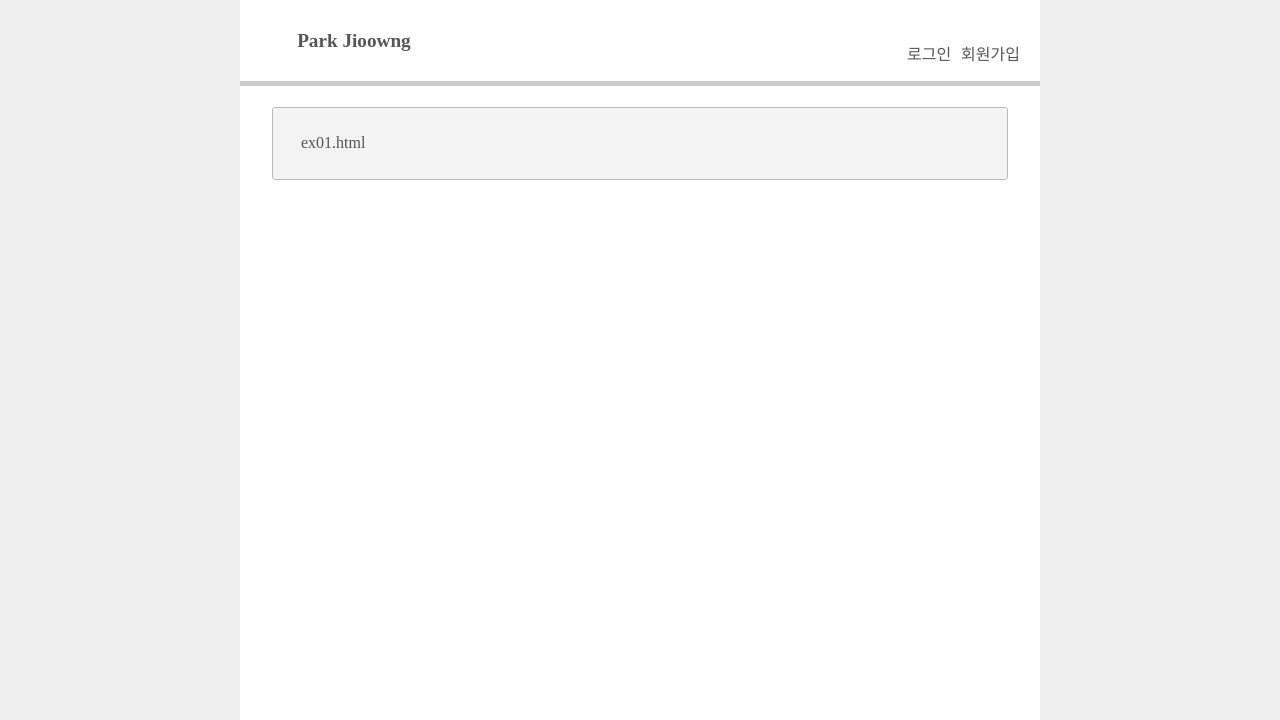
Repository: park-jiwoong/webClass
Page: JSPClass/jspPro/src/main/webapp/days01/ex01.html
The author's editor kept a copy of each file at every save. The page is drawn from the files as they stood at one save, then again after the next save.
The browser window is 1280 px wide. The pictures show the whole page.
Some web fonts or font styles are not loaded; a fallback is used.

Above is the page before, as saved 2025-05-21 01:23:40.

### JSPClass/jspPro/src/main/webapp/days01/ex01.html
<!DOCTYPE html>
<html>
<head>
<meta charset="UTF-8">
<meta name="viewport" content="width=device-width, initial-scale=1.0">
<title>2025. 5. 21. 오전 9:51:45</title>
<link rel="shortcut icon" type="image/x-icon" href="/jspPro/images/SiSt.ico">
<link rel="stylesheet" href="/jspPro/resources/cdn-main/example.css">
<script src="/jspPro/resources/cdn-main/example.js"></script>
<style>
 span.material-symbols-outlined{
    vertical-align: text-bottom;
 }
</style>
</head>
<body>
<header>
  <h1 class="main"><a href="#" style="position: absolute;top:30px;">Park Jioowng</a></h1>
  <ul>
    <li><a href="#">로그인</a></li>
    <li><a href="#">회원가입</a></li>
  </ul>
</header>
<div>
  <xmp class="code">
   ex01.html
  </xmp>
</div>
</body>
</html>

### JSPClass/jspPro/src/main/webapp/resources/cdn-main/example.css
@charset "UTF-8";

@import url('https://fonts.googleapis.com/css2?family=Material+Symbols+Outlined:opsz,wght,FILL,GRAD@20..48,100..700,0..1,-50..200');

@font-face {
    font-family: 'GmarketSansMedium';
    src: url('https://cdn.jsdelivr.net/gh/projectnoonnu/noonfonts_2001@1.1/GmarketSansMedium.woff') format('woff');
    font-weight: normal;
    font-style: normal;
}

:root {
	--text-color: #555;
	--sub-text-color: #777;
	--back-color: #EFEFEF;
	--header-color: #444;
	--primary-color: #DEDEDE;
	--secondary-color: #EFEFEF;
	--default-width: 800px;
	--narrow-width: 500px;
	--wide-width: 1200px;
	--text-font: 'GmarketSansMedium';
	--icon-font: 'Material Symbols Outlined';
	--border-color: #CCC;
}

html, body {
	margin: 0;
	padding: 0;
}

html {
	background-color: var(--back-color);
	display: flex;
	justify-content: center;
	min-height: 100vh;
}

body, body.default {
	width: var(--default-width);
	background-color: white;
	padding-bottom: 120px;
}

body.wide {
	width: var(--wide-width);
}

body.narrow {
	width: var(--narrow-width);
}



body, p, div, span, a, input, select, option, textarea, button, table, th, td, label, fieldset, legend {
	font-family: var(--text-font);
	color: var(--text-color);
}

h1, h2, h3 {
	font-family: var(--text-font);
	color: var(--header-color);
	padding: 0 1rem;
	padding-top: .5rem;
}

div > h1, div > h2, div > h3 {
	padding: 0;
}

body > div, body > main > div {
	padding: 0.3rem 1rem;
}


h1 { font-size: 2rem; border-bottom: 1px solid var(--border-color); }
h1 small { font-size: 1.2rem; color: var(--sub-text-color); }
h2 { font-size: 1.5rem; border-bottom: 1px dashed var(--border-color); }
h2 small { font-size: 1.1rem; color: --sub-text-color; }
h3 { font-size: 1.2rem; }
h3 small { font-size: 1rem; color: --sub-text-color; }



h1.main::before {
	font-family: var(--icon-font);
  	content: '\e666';
  	margin-right: 10px;
  	float: left;
	font-size: 2.5rem;
}

h1.sub::before {
	font-family: var(--icon-font);
  	content: '\ea19';
  	margin-right: 10px;
  	float: left;
	font-size: 2.5rem;
}


h1.page::before {
	font-family: var(--icon-font);
  	content: '\e0e0';
  	margin-right: 10px;
  	float: left;
	font-size: 2.5rem;
}

body > header > ul > li > .active{
	background-color: #FFF;
	color:#F00;
}

body > header {
	display: flex;
	justify-content: space-between;
	border-bottom: 5px solid var(--border-color);
	min-height: 74px;
	background-color: #FFF;
}

body > header.sticky {
	position: sticky;
	top: 0;
	z-index: 98;
}

body > header > h1 {
	font-size: 1.2rem;
	border: 0;
}

body > header.in > h1::before {
	font-family: var(--icon-font);
  	content: '\e332‥';
  	margin-right: 3px;
  	float: left;
	font-size: 2rem;
}


body > header > ul {
	list-style-type: none;
	display: flex;
	align-items: flex-end;
	margin-right: 10px;
}

body > header > ul > li {
	margin-right: 10px;
	cursor: pointer;
}

body > header > ul > li > a {
	cursor: pointer;
}


form {
	display: block;
}

form > div {
	padding: 0.3rem 1rem;
}

div > form > div {
	padding: 0.3rem 0;
}

input, textarea, button, select {
	border: 1px solid #BBB;
	border-radius: 3px;
	outline: none;
	resize: none;
	padding: 7px;
	margin: 0;
}

input[type=text]:read-only, textarea:read-only {
	cursor: not-allowed;
	background-color: #FFF;
}

input[type=text]:disabled, textarea:disabled {
	cursor: not-allowed;
	background-color: #EEE;
}

input[type=text], input[type=password], textarea, button, select {
	/* width: 300px; */
}

textarea {
	display: block;
	height: 100px;
}

input[type=button], input[type=submit], button {
	/* width: inherit; */
}

input.short, textarea.short, button.short, select.short {
	width: 100px;
}

input.long, textarea.long, button.long, select.long {
	width: 350px;
}

.narrow input.long, .narrow textarea.long, .narrow button.long, .narrow select.long {
	width: calc(100% - 20px);
}

input.full, textarea.full, button.full, select.full {
	width: calc(100% - 20px);
}

textarea.short {
	height: 50px;
}

textarea.long {
	height: 100px;
}

textarea.full {
	height: 200px;
}

input, textarea {
	padding-top: 8px;
}

input[type=button], input[type=submit], button {
	padding: 5px 10px;
	background-color: var(--secondary-color);
	cursor: pointer;
	min-height: 36px;
}

input[type=button].primary, input[type=submit].primary, button.primary {
	/* background-color: rgba(100, 149, 237, .2); */
	background-color: var(--primary-color);
}

input[type=button].primary:hover, input[type=submit].primary:hover, button.primary:hover {
	/* background-color: rgba(100, 149, 237, .3); */
	background-color: var(--secondary-color);
}

input[type=button]:hover, input[type=submit]:hover, button:hover {
	background-color: var(--primary-color);
}

button {
	position: relative;
	left: 0;
	top: 0;
	padding-left: 35px;
}

button .material-symbols-outlined {
	position: absolute;
	left: 10px;
	top: 4px;
}

/* k2nik add */
button.login::before {
	font-family: var(--icon-font);
  	content: '\ea77';
	position: absolute;
	left: 11px;
	top: 4px;
	font-size: 1.25rem;
}

/* k2nik logout */
button.logout::before {
	font-family: var(--icon-font);
  	content: '\e9ba';
	position: absolute;
	left: 11px;
	top: 4px;
	font-size: 1.25rem;
}

/* k2nik help */
button.help::before {
	font-family: var(--icon-font);
  	content: '\f1c0';
	position: absolute;
	left: 11px;
	top: 4px;
	font-size: 1.25rem;
}

button.add::before{
	font-family: var(--icon-font);
  	content: '\e746';
	position: absolute;
	left: 11px;
	top: 4px;
	font-size: 1.25rem;
}

button.back::before {
	font-family: var(--icon-font);
  	content: '\e166';
	position: absolute;
	left: 11px;
	top: 4px;
	font-size: 1.25rem;
}

button.list::before {
	font-family: var(--icon-font);
  	content: '\e0ee';
	position: absolute;
	left: 11px;
	top: 4px;
	font-size: 1.25rem;
}


button.del::before {
	font-family: var(--icon-font);
  	content: '\e872';
	position: absolute;
	left: 11px;
	top: 4px;
	font-size: 1.25rem;
}

button.alldel::before {
	font-family: var(--icon-font);
  	content: '\e92b';
	position: absolute;
	left: 11px;
	top: 4px;
	font-size: 1.25rem;
}


button.edit::before {
	font-family: var(--icon-font);
  	content: '\e745';
	position: absolute;
	left: 11px;
	top: 4px;
	font-size: 1.25rem;
}


button.login::before {
	font-family: var(--icon-font);
  	content: '\ea77';
	position: absolute;
	left: 11px;
	top: 4px;
	font-size: 1.25rem;
}


button.logout::before {
	font-family: var(--icon-font);
  	content: '\e9ba';
	position: absolute;
	left: 11px;
	top: 4px;
	font-size: 1.25rem;
}


button.in::before {
	font-family: var(--icon-font);
  	content: '\f71a';
	position: absolute;
	left: 11px;
	top: 4px;
	font-size: 1.25rem;
}


button.out::before {
	font-family: var(--icon-font);
  	content: '\f70e';
	position: absolute;
	left: 11px;
	top: 4px;
	font-size: 1.25rem;
}


button.reply::before {
	font-family: var(--icon-font);
  	content: '\e15e';
	position: absolute;
	left: 11px;
	top: 4px;
	font-size: 1.25rem;
}


button.comment::before {
	font-family: var(--icon-font);
  	content: '\e0b9';
	position: absolute;
	left: 11px;
	top: 4px;
	font-size: 1.25rem;
}


button.modal::before {
	font-family: var(--icon-font);
  	content: '\e89e';
	position: absolute;
	left: 11px;
	top: 4px;
	font-size: 1.25rem;
}


button.ok::before {
	font-family: var(--icon-font);
  	content: '\e86c';
	position: absolute;
	left: 11px;
	top: 4px;
	font-size: 1.25rem;
}


button.cancel::before {
	font-family: var(--icon-font);
  	content: '\e5c9';
	position: absolute;
	left: 11px;
	top: 4px;
	font-size: 1.25rem;
}

button.search::before {
	font-family: var(--icon-font);
  	content: '\e8b6';
	position: absolute;
	left: 11px;
	top: 4px;
	font-size: 1.25rem;
}

button.home::before {
	font-family: var(--icon-font);
  	content: '\e88a';
	position: absolute;
	left: 11px;
	top: 4px;
	font-size: 1.25rem;
}


button.sidebar::before {
	font-family: var(--icon-font);
  	content: '\f7e4';
	position: absolute;
	left: 11px;
	top: 4px;
	font-size: 1.25rem;
}


button.sidebar-right::before {
	font-family: var(--icon-font);
  	content: '\f7e5';
	position: absolute;
	left: 11px;
	top: 4px;
	font-size: 1.25rem;
}




button::before {
	font-family: var(--icon-font);
  	content: '\e323';
	position: absolute;
	left: 11px;
	top: 4px;
	font-size: 1.25rem;
}


table {
	border-collapse: collapse;
	margin: 1rem;
	box-sizing: border-box;
	width: calc(100% - 32px);
}

table.content {
	width: auto;
}

div > table {
	margin: 0;
}

table th, table td {
	border: 1px solid var(--border-color);
	padding: 7px;
	font-weight: normal;
}

table th {
	background-color: var(--back-color);
}

table.vertical th {
	width: 150px;
}

table.vertical td {
	width: calc(100% - 182px);
	padding-left: 10px;
}

table.content td, table.content th {
	width: auto;
}

body.narrow table.vertical th {
	width: 100px;
}

body.narrow table.vertical td {
	width: calc(100% - 182px);
}


table + table {
	margin-top: 30px;
}


p {
	padding: 0 1rem;
}

a {
	text-decoration: none;
}

a:hover {
	color: rgba(255, 99, 71, .7);
}

hr {
	border: 0;
	border-top: 1px solid var(--border-color);
	margin: 2rem 0;
}

.message {
	border: 1px solid var(--border-color);
	background-color: #EFEFEF;
	margin: 1rem;
	width: auto;
	padding-top: 10px;
	padding-bottom: 10px;
	font-size: 14px;
}

.message[title]::before {
	content: attr(title);
	display: block;
	border-bottom: 1px solid var(--border-color);
	padding-bottom: 5px;
	margin-bottom: 10px;
	margin-top: 7px;
}

.message.short {
	max-width: 250px;
}

.message.long {
	max-width: 500px;
}

.badge {
	float: right;
	font-size: .8rem;
	margin-top: 2px;
	margin-right: 2px;
	text-shadow: 0 0 7px gray;
}

.badge.left {
	float: none;
	margin-left: 2px;
}

.badge.right {
	float: right;
}

.badge.red {
	border-radius: 50%;
	padding: 2px 5px;
	background-color: rgb(255, 99, 71, .3);
}

.badge.yellow {

	border-radius: 50%;
	padding: 2px 5px;
	background-color: rgb(255, 215, 0, .5);
}

.badge.blue {
	border-radius: 50%;
	padding: 2px 5px;
	background-color: rgb(100, 149, 237, .3);
}

label + label {
	margin-left: 7px;
}

label input[type=checkbox], label input[type=radio] {
	transform: translate(0, 1px);
}

.group {
	display: flex;
}

.modal-content .group {
	margin-bottom: .5rem;
}

.group label {
	border: 1px solid #BBB;
	border-radius: 3px;
	outline: none;
	resize: none;
	padding: 7px 14px;
	margin: 0;
	border-top-right-radius: 0;
	border-bottom-right-radius: 0;
	background-color: #EFEFEF;
	white-space: nowrap;
	font-size: 14px;
}

.group input[type=text] {
	margin-left: -1px;
	border-top-left-radius: 0;
	border-bottom-left-radius: 0;
}

.group select {
	margin-left: -1px;
	border-top-left-radius: 0;
	border-bottom-left-radius: 0;
}

.group input.full[type=text] {
	margin-left: -1px;
	border-top-left-radius: 0;
	border-bottom-left-radius: 0;
	width: 100%;
}

.group input[type=button]:first-child, .group button:first-child {
	border-top-left-radius: 3px;
	border-bottom-left-radius: 3px;
	margin-left: 0px;
}

.group input[type=button], .group button {
	border-radius: 0;
	margin-left: -1px;
}

.group input[type=button]:last-child, .group button:last-child {
	margin-left: -1px;
	border-top-right-radius: 3px;
	border-bottom-right-radius: 3px;
}

.seperate {
	display: flex;
	justify-content: space-between;
}

div.list {
	width: max-content;
	margin: 1rem;
	border: 1px solid #BBB;
	border-radius: 3px;
	padding: 0;
}

div.list.full {
	width: auto;
	display: block;
	margin: 1rem;
	border: 1px solid #BBB;
	border-radius: 3px;
	padding: 0;
}

div.list > div {
	padding: .5rem 1rem;
	margin: 0;
	border-bottom: 1px solid #BBB;
}

div.list > div:last-child {
	border-bottom: 0;
}

pre.code , xmp.code{
	font-family: consols;
	background-color: rgba(150, 150, 150, .1);
	border: 1px solid #BBB;
	border-radius: 3px;
	padding: .5rem 1rem;
	padding-bottom: .6rem;
	margin: 1rem;
}




*[data-modal-window] {
	position: fixed;
	background-color: rgba(0, 0, 0, .3);
	left: 0;
	top: 0;
	display: none;
	justify-content: center;
	align-items: flex-start;
	width: 100%;
	min-height: 100vh;
	z-index: 100;
	opacity: 0;
	transition: 500ms all;
}

*[data-modal-window] .modal-container {
	border-radius: 5px;
	padding: 1rem;
	padding-bottom: .5rem;
	margin-top: -500px;
	opacity: 0;
	width: 500px;
	background-color: #FFF;
	margin-right: 2rem;
	transition: 500ms all;
}

*[data-modal-size=content] .modal-container {
	width: auto;
}

*[data-modal-size=narrow] .modal-container {
	width: 300px;
}

*[data-modal-size=wide] .modal-container {
	width: 760px;
}


*[data-modal-window] .modal-header {
	border-bottom: 1px solid var(--border-color);
	padding: 2px 5px;
}

*[data-modal-window] .modal-content {
	padding: 1rem 5px;
}

*[data-modal-window] .modal-content div:last-child {
	margin-top: 1rem;
	text-align: right;
}



*[data-sidebar-window] {
	position: fixed;
	background-color: #FFF;
	left: 0;
	top: 0;
	display: block;
	width: 300px;
	border-right: 1px solid var(--border-color);
	box-sizing: border-box;
	box-shadow: 0 0 3px var(--back-color);
	min-height: 100vh;
	z-index: 99;
	transform: translate(-300px, 0);
	transition-duration: 500ms;
	transition-property: transform;
}

*[data-sidebar-direction=right] {
	left: auto;
	right: 0;
	transform: translate(300px, 0);
	border-left: 1px solid var(--border-color);
}

*[data-sidebar-size=wide] {
	width: 500px;
	transform: translate(-500px, 0);
}

*[data-sidebar-window] .sidebar-title {
	border-bottom: 1px solid var(--border-color);
	margin-top: 20px;
	margin-bottom: 20px;
	padding-bottom: 5px;
	display: flex;
	justify-content: space-between;
}

*[data-sidebar-window] .sidebar-title span:last-child {
	cursor: pointer;
}


/* K2Nik pagination */
.center {
  text-align: center;
}

.pagination {
  display: inline-block;
}

.pagination a {
  color: black;
  float: left;
  padding: 3px 6px;
  text-decoration: none;
  transition: background-color .3s;
  border: 1px solid #ddd;
  margin: 0 3px;
}

.pagination a.active {
  background-color: #4CAF50;
  color: white;
  border: 1px solid #4CAF50;
}

.pagination a:hover:not(.active) {background-color: #ddd;}

### JSPClass/jspPro/src/main/webapp/resources/cdn-main/example.js

window.onload = () => {

    const list = document.querySelectorAll('input, textarea');

    list.forEach(item => {
        item.setAttribute('autocomplete', 'off');
    });


    const modal_btn_list = document.querySelectorAll('*[data-modal-button]');

    modal_btn_list.forEach(item => {
        item.onclick = function() {

            const name = this.dataset['modalButton'];
            const modal_window = document.querySelector('*[data-modal-window=' + name);

            const container = document.createElement('div');
            container.className = 'modal-container';



            const modal_header = document.createElement('div');
            modal_header.textContent = modal_window.dataset['modalTitle'];
            modal_header.className = 'modal-header';
            container.appendChild(modal_header);

            const modal_content = document.createElement('div');
            modal_content.className = 'modal-content';
            container.appendChild(modal_content);

            Array.from(modal_window.childNodes).forEach(item => {
                modal_content.appendChild(item);
            });

            modal_window.appendChild(container);

            modal_window.style.display = 'flex';

            setTimeout(() => {
                modal_window.style.opacity = 1;
                container.style.marginTop = '20px';
                container.style.opacity = 1;
            }, 50);


            const modal_ok = document.querySelector('*[data-modal-ok=' + name);
            modal_ok.addEventListener('click', function() {
                modal_window.style.opacity = 0;
                container.style.marginTop = '-500px';
                container.style.opacity = 0;

                setTimeout(() => {
                    modal_window.innerHTML = modal_content.innerHTML;
                    modal_window.style.display = 'none';
                }, 500);

            });

            const modal_cancel = document.querySelector('*[data-modal-cancel=' + name);
            modal_cancel.addEventListener('click', function() {

                modal_window.style.opacity = 0;
                container.style.marginTop = '-500px';
                container.style.opacity = 0;

                setTimeout(() => {
                    modal_window.innerHTML = modal_content.innerHTML;
                    modal_window.style.display = 'none';
                }, 500);
            });


        };
    });


    const sidebar_btn_list = document.querySelectorAll('*[data-sidebar-button]');

    sidebar_btn_list.forEach(item => {
        item.onclick = function() {



            const name = this.dataset['sidebarButton'];
            const sidebar_window = document.querySelector('*[data-sidebar-window=' + name);

            if (sidebar_window.style.transform == 'translate(0px, 0px)') return;



            sidebar_window.style.transform = 'translate(0, 0)';

            const sidebar_title = document.createElement('div');
            sidebar_title.className = 'sidebar-title';
            sidebar_title.innerHTML = '<span>' + sidebar_window.dataset['sidebarTitle'] + '</span><span class="material-symbols-outlined">close</span>';

            sidebar_title.children[1].onclick = function() {

                let sign = 1;
                let distance = 300;

                if (sidebar_window.dataset['sidebarDirection'] != 'right') {
                    sign = -1;
                } else {
                    sign = 1;
                }

                if (sidebar_window.dataset['sidebarSize'] != 'wide') {
                    distance = 300;
                } else {
                    distance = 500;
                }

                distance *= sign;

                sidebar_window.style.transform = 'translate(' + distance + 'px, 0)';

                setTimeout(function() {
                    sidebar_window.removeChild(sidebar_window.children[0]);
                }, 500);
            };


            sidebar_window.prepend(sidebar_title);

        }
    });

};

// window.onkeydown = function(event) {

//     if (event.keyCode == 27) {
//         if (document.querySelector('[data-modal-window').style.display == 'flex') {
//             document.querySelector('[data-modal-window').style.display = 'none';
//         }
//     }

// };

After the next save:
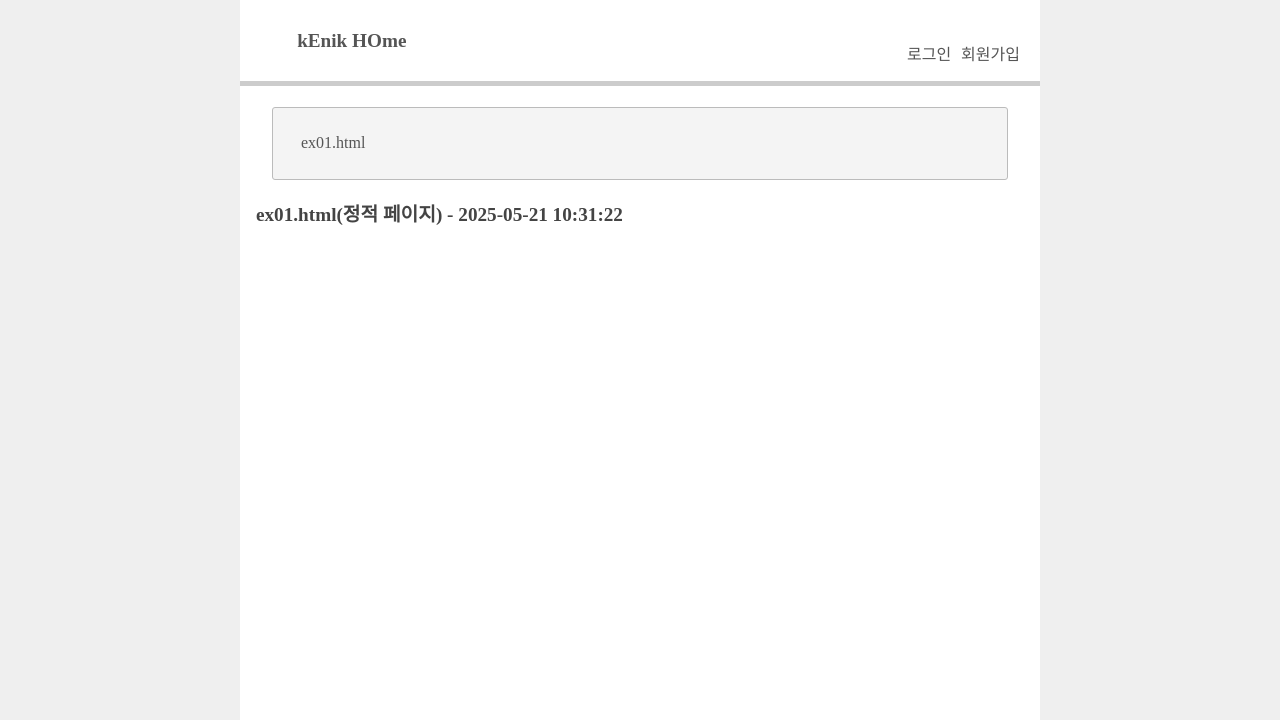
Saved 16 s later.
--- a/JSPClass/jspPro/src/main/webapp/days01/ex01.html
+++ b/JSPClass/jspPro/src/main/webapp/days01/ex01.html
@@ -3,10 +3,10 @@
 <head>
 <meta charset="UTF-8">
 <meta name="viewport" content="width=device-width, initial-scale=1.0">
-<title>2025. 5. 21. 오전 9:51:45</title>
-<link rel="shortcut icon" type="image/x-icon" href="/jspPro/images/SiSt.ico">
-<link rel="stylesheet" href="/jspPro/resources/cdn-main/example.css">
-<script src="/jspPro/resources/cdn-main/example.js"></script>
+<title>2025. 5. 21. 오전 10:22:41</title>
+<link rel="shortcut icon" type="image/x-icon" href="http://localhost/webPro/images/SiSt.ico">
+<link rel="stylesheet" href="http://localhost/jspPro/resources/cdn-main/example.css">
+<script src="http://localhost/jspPro/resources/cdn-main/example.js"></script>
 <style>
  span.material-symbols-outlined{
     vertical-align: text-bottom;
@@ -15,7 +15,7 @@
 </head>
 <body>
 <header>
-  <h1 class="main"><a href="#" style="position: absolute;top:30px;">Park Jioowng</a></h1>
+  <h1 class="main"><a href="#" style="position: absolute;top:30px;">kEnik HOme</a></h1>
   <ul>
     <li><a href="#">로그인</a></li>
     <li><a href="#">회원가입</a></li>
@@ -25,6 +25,9 @@
   <xmp class="code">
    ex01.html
   </xmp>
+
+  <h3>ex01.html(정적 페이지) - 2025-05-21 10:31:22</h3>
+
 </div>
 </body>
 </html>
